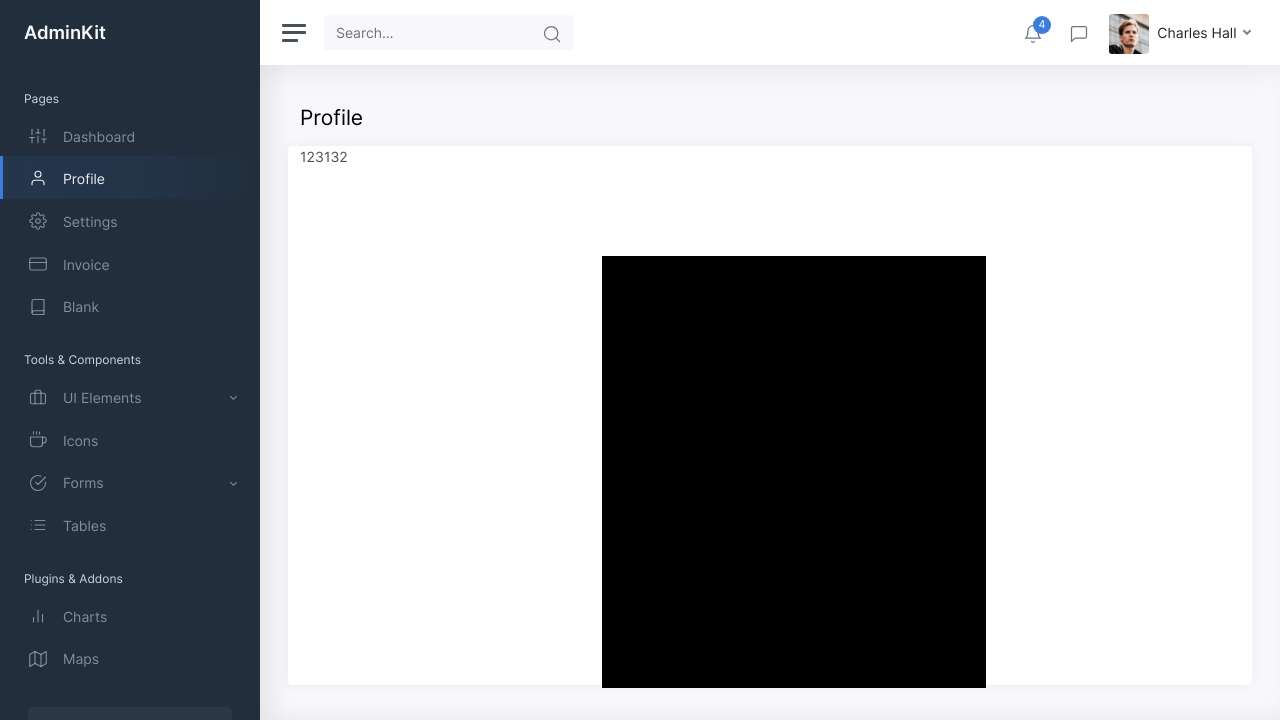
Repository: yuwei0922/WHURS-WGIS
Page: final_project/pages-profile.html
The author's editor kept a copy of each file at every save. The page is drawn from the files as they stood at one save, then again after the next save.
The browser window is 1280 px wide. The pictures show the whole page.

Above is the page before, as saved 2022-12-21 20:13:05.
Not found: final_project/js/vendor.js

### final_project/pages-profile.html
<!DOCTYPE html>
<html lang="en">

<head>
	<meta charset="utf-8">
	<meta http-equiv="X-UA-Compatible" content="IE=edge">
	<meta name="viewport" content="width=device-width, initial-scale=1, shrink-to-fit=no">
	<meta name="description" content="Responsive Web UI Kit &amp; Dashboard Template based on Bootstrap">
	<meta name="author" content="AdminKit">
	<meta name="keywords" content="adminkit, bootstrap, web ui kit, dashboard template, admin template">
	<link rel="shortcut icon" href="img/icons/icon-48x48.png" />
	<title>Profile</title>
	<link href="css/app.css" rel="stylesheet">
	<link rel="stylesheet" href="css/content.css">
</head>

<body>
	<div class="wrapper">
		<nav id="sidebar" class="sidebar">
			<div class="sidebar-content js-simplebar">
				<a class="sidebar-brand" href="index.html">
          <span class="align-middle">AdminKit</span>
        </a>

				<ul class="sidebar-nav">
					<li class="sidebar-header">
						Pages
					</li>

					<li class="sidebar-item">
						<a class="sidebar-link" href="index.html">
              <i class="align-middle" data-feather="sliders"></i> <span class="align-middle">Dashboard</span>
            </a>
					</li>

					<li class="sidebar-item active">
						<a class="sidebar-link" href="pages-profile.html">
              <i class="align-middle" data-feather="user"></i> <span class="align-middle">Profile</span>
            </a>
					</li>

					<li class="sidebar-item">
						<a class="sidebar-link" href="pages-settings.html">
              <i class="align-middle" data-feather="settings"></i> <span class="align-middle">Settings</span>
            </a>
					</li>

					<li class="sidebar-item">
						<a class="sidebar-link" href="pages-invoice.html">
              <i class="align-middle" data-feather="credit-card"></i> <span class="align-middle">Invoice</span>
            </a>
					</li>

					<li class="sidebar-item">
						<a class="sidebar-link" href="pages-blank.html">
              <i class="align-middle" data-feather="book"></i> <span class="align-middle">Blank</span>
            </a>
					</li>

					<li class="sidebar-header">
						Tools & Components
					</li>
					<li class="sidebar-item">
						<a href="#ui" data-toggle="collapse" class="sidebar-link collapsed">
              <i class="align-middle" data-feather="briefcase"></i> <span class="align-middle">UI Elements</span>
            </a>
						<ul id="ui" class="sidebar-dropdown list-unstyled collapse " data-parent="#sidebar">
							<li class="sidebar-item"><a class="sidebar-link" href="ui-alerts.html">Alerts</a></li>
							<li class="sidebar-item"><a class="sidebar-link" href="ui-buttons.html">Buttons</a></li>
							<li class="sidebar-item"><a class="sidebar-link" href="ui-cards.html">Cards</a></li>
							<li class="sidebar-item"><a class="sidebar-link" href="ui-general.html">General</a></li>
							<li class="sidebar-item"><a class="sidebar-link" href="ui-grid.html">Grid</a></li>
							<li class="sidebar-item"><a class="sidebar-link" href="ui-modals.html">Modals</a></li>
							<li class="sidebar-item"><a class="sidebar-link" href="ui-typography.html">Typography</a></li>
						</ul>
					</li>

					<li class="sidebar-item">
						<a class="sidebar-link" href="icons-feather.html">
              <i class="align-middle" data-feather="coffee"></i> <span class="align-middle">Icons</span>
            </a>
					</li>

					<li class="sidebar-item">
						<a href="#forms" data-toggle="collapse" class="sidebar-link collapsed">
              <i class="align-middle" data-feather="check-circle"></i> <span class="align-middle">Forms</span>
            </a>
						<ul id="forms" class="sidebar-dropdown list-unstyled collapse " data-parent="#sidebar">
							<li class="sidebar-item"><a class="sidebar-link" href="forms-layouts.html">Form Layouts</a></li>
							<li class="sidebar-item"><a class="sidebar-link" href="forms-basic-inputs.html">Basic Inputs</a></li>
						</ul>
					</li>

					<li class="sidebar-item">
						<a class="sidebar-link" href="tables-bootstrap.html">
              <i class="align-middle" data-feather="list"></i> <span class="align-middle">Tables</span>
            </a>
					</li>

					<li class="sidebar-header">
						Plugins & Addons
					</li>

					<li class="sidebar-item">
						<a class="sidebar-link" href="charts-chartjs.html">
              <i class="align-middle" data-feather="bar-chart-2"></i> <span class="align-middle">Charts</span>
            </a>
					</li>

					<li class="sidebar-item">
						<a class="sidebar-link" href="maps-google.html">
              <i class="align-middle" data-feather="map"></i> <span class="align-middle">Maps</span>
            </a>
					</li>
				</ul>

				<div class="sidebar-cta">
					<div class="sidebar-cta-content">
						<strong class="d-inline-block mb-2">Upgrade to Pro</strong>
						<div class="mb-3 text-sm">
							Are you looking for more components?
						</div>
						<a href="#" target="_blank" class="btn btn-outline-primary btn-block">Upgrade</a>
					</div>
				</div>
			</div>
		</nav>

		<div class="main">
			<nav class="navbar navbar-expand navbar-light navbar-bg">
				<a class="sidebar-toggle d-flex">
          <i class="hamburger align-self-center"></i>
        </a>

				<form class="form-inline d-none d-sm-inline-block">
					<div class="input-group input-group-navbar">
						<input type="text" class="form-control" placeholder="Search…" aria-label="Search">
						<div class="input-group-append">
							<button class="btn" type="button">
                <i class="align-middle" data-feather="search"></i>
              </button>
						</div>
					</div>
				</form>

				<div class="navbar-collapse collapse">
					<ul class="navbar-nav navbar-align">
						<li class="nav-item dropdown">
							<a class="nav-icon dropdown-toggle" href="#" id="alertsDropdown" data-toggle="dropdown">
								<div class="position-relative">
									<i class="align-middle" data-feather="bell"></i>
									<span class="indicator">4</span>
								</div>
							</a>
							<div class="dropdown-menu dropdown-menu-lg dropdown-menu-right py-0" aria-labelledby="alertsDropdown">
								<div class="dropdown-menu-header">
									4 New Notifications
								</div>
								<div class="list-group">
									<a href="#" class="list-group-item">
										<div class="row no-gutters align-items-center">
											<div class="col-2">
												<i class="text-danger" data-feather="alert-circle"></i>
											</div>
											<div class="col-10">
												<div class="text-dark">Update completed</div>
												<div class="text-muted small mt-1">Restart server 12 to complete the update.</div>
												<div class="text-muted small mt-1">30m ago</div>
											</div>
										</div>
									</a>
									<a href="#" class="list-group-item">
										<div class="row no-gutters align-items-center">
											<div class="col-2">
												<i class="text-warning" data-feather="bell"></i>
											</div>
											<div class="col-10">
												<div class="text-dark">Lorem ipsum</div>
												<div class="text-muted small mt-1">Aliquam ex eros, imperdiet vulputate hendrerit et.</div>
												<div class="text-muted small mt-1">2h ago</div>
											</div>
										</div>
									</a>
									<a href="#" class="list-group-item">
										<div class="row no-gutters align-items-center">
											<div class="col-2">
												<i class="text-primary" data-feather="home"></i>
											</div>
											<div class="col-10">
												<div class="text-dark">Login from 192.186.1.8</div>
												<div class="text-muted small mt-1">5h ago</div>
											</div>
										</div>
									</a>
									<a href="#" class="list-group-item">
										<div class="row no-gutters align-items-center">
											<div class="col-2">
												<i class="text-success" data-feather="user-plus"></i>
											</div>
											<div class="col-10">
												<div class="text-dark">New connection</div>
												<div class="text-muted small mt-1">Christina accepted your request.</div>
												<div class="text-muted small mt-1">14h ago</div>
											</div>
										</div>
									</a>
								</div>
								<div class="dropdown-menu-footer">
									<a href="#" class="text-muted">Show all notifications</a>
								</div>
							</div>
						</li>
						<li class="nav-item dropdown">
							<a class="nav-icon dropdown-toggle" href="#" id="messagesDropdown" data-toggle="dropdown">
								<div class="position-relative">
									<i class="align-middle" data-feather="message-square"></i>
								</div>
							</a>
							<div class="dropdown-menu dropdown-menu-lg dropdown-menu-right py-0" aria-labelledby="messagesDropdown">
								<div class="dropdown-menu-header">
									<div class="position-relative">
										4 New Messages
									</div>
								</div>
								<div class="list-group">
									<a href="#" class="list-group-item">
										<div class="row no-gutters align-items-center">
											<div class="col-2">
												<img src="img/avatars/avatar-5.jpg" class="avatar img-fluid rounded-circle" alt="Vanessa Tucker">
											</div>
											<div class="col-10 pl-2">
												<div class="text-dark">Vanessa Tucker</div>
												<div class="text-muted small mt-1">Nam pretium turpis et arcu. Duis arcu tortor.</div>
												<div class="text-muted small mt-1">15m ago</div>
											</div>
										</div>
									</a>
									<a href="#" class="list-group-item">
										<div class="row no-gutters align-items-center">
											<div class="col-2">
												<img src="img/avatars/avatar-2.jpg" class="avatar img-fluid rounded-circle" alt="William Harris">
											</div>
											<div class="col-10 pl-2">
												<div class="text-dark">William Harris</div>
												<div class="text-muted small mt-1">Curabitur ligula sapien euismod vitae.</div>
												<div class="text-muted small mt-1">2h ago</div>
											</div>
										</div>
									</a>
									<a href="#" class="list-group-item">
										<div class="row no-gutters align-items-center">
											<div class="col-2">
												<img src="img/avatars/avatar-4.jpg" class="avatar img-fluid rounded-circle" alt="Christina Mason">
											</div>
											<div class="col-10 pl-2">
												<div class="text-dark">Christina Mason</div>
												<div class="text-muted small mt-1">Pellentesque auctor neque nec urna.</div>
												<div class="text-muted small mt-1">4h ago</div>
											</div>
										</div>
									</a>
									<a href="#" class="list-group-item">
										<div class="row no-gutters align-items-center">
											<div class="col-2">
												<img src="img/avatars/avatar-3.jpg" class="avatar img-fluid rounded-circle" alt="Sharon Lessman">
											</div>
											<div class="col-10 pl-2">
												<div class="text-dark">Sharon Lessman</div>
												<div class="text-muted small mt-1">Aenean tellus metus, bibendum sed, posuere ac, mattis non.</div>
												<div class="text-muted small mt-1">5h ago</div>
											</div>
										</div>
									</a>
								</div>
								<div class="dropdown-menu-footer">
									<a href="#" class="text-muted">Show all messages</a>
								</div>
							</div>
						</li>
						<li class="nav-item dropdown">
							<a class="nav-icon dropdown-toggle d-inline-block d-sm-none" href="#" data-toggle="dropdown">
                <i class="align-middle" data-feather="settings"></i>
              </a>

							<a class="nav-link dropdown-toggle d-none d-sm-inline-block" href="#" data-toggle="dropdown">
                <img src="img/avatars/avatar.jpg" class="avatar img-fluid rounded mr-1" alt="Charles Hall" /> <span class="text-dark">Charles Hall</span>
              </a>
							<div class="dropdown-menu dropdown-menu-right">
								<a class="dropdown-item" href="pages-profile.html"><i class="align-middle mr-1" data-feather="user"></i> Profile</a>
								<a class="dropdown-item" href="#"><i class="align-middle mr-1" data-feather="pie-chart"></i> Analytics</a>
								<div class="dropdown-divider"></div>
								<a class="dropdown-item" href="pages-settings.html"><i class="align-middle mr-1" data-feather="settings"></i> Settings & Privacy</a>
								<a class="dropdown-item" href="#"><i class="align-middle mr-1" data-feather="help-circle"></i> Help Center</a>
								<div class="dropdown-divider"></div>
								<a class="dropdown-item" href="#">Log out</a>
							</div>
						</li>
					</ul>
				</div>
			</nav>

			<main class="content" style="position: relative;">
				<div class="container-fluid p-0 map-background">

					<h1 class="h3 mb-3">Profile</h1>

					<div class="row map-background">
						<div class="card col-12 mapcontent">123132</div>

					</div>
					</div>
				</div>
				<div class="select-contronller">
			</main>


	</div>

	<script src="js/vendor.js"></script>
	<script src="js/app.js"></script>

</body>

</html>

### final_project/css/content.css
.map-background{
    height:100%;
    position: relative;
}

.mapcontent{
    height: 90%;
}

.select-contronller{
    display: inline-block;
    position: absolute;
    margin: 20%;
    right: 3%;
    height: 60%;
    background-color: black;
    width: 30%;
}

Loaded but not shown: final_project/css/app.css (library); final_project/js/app.js (library)

After the next save:
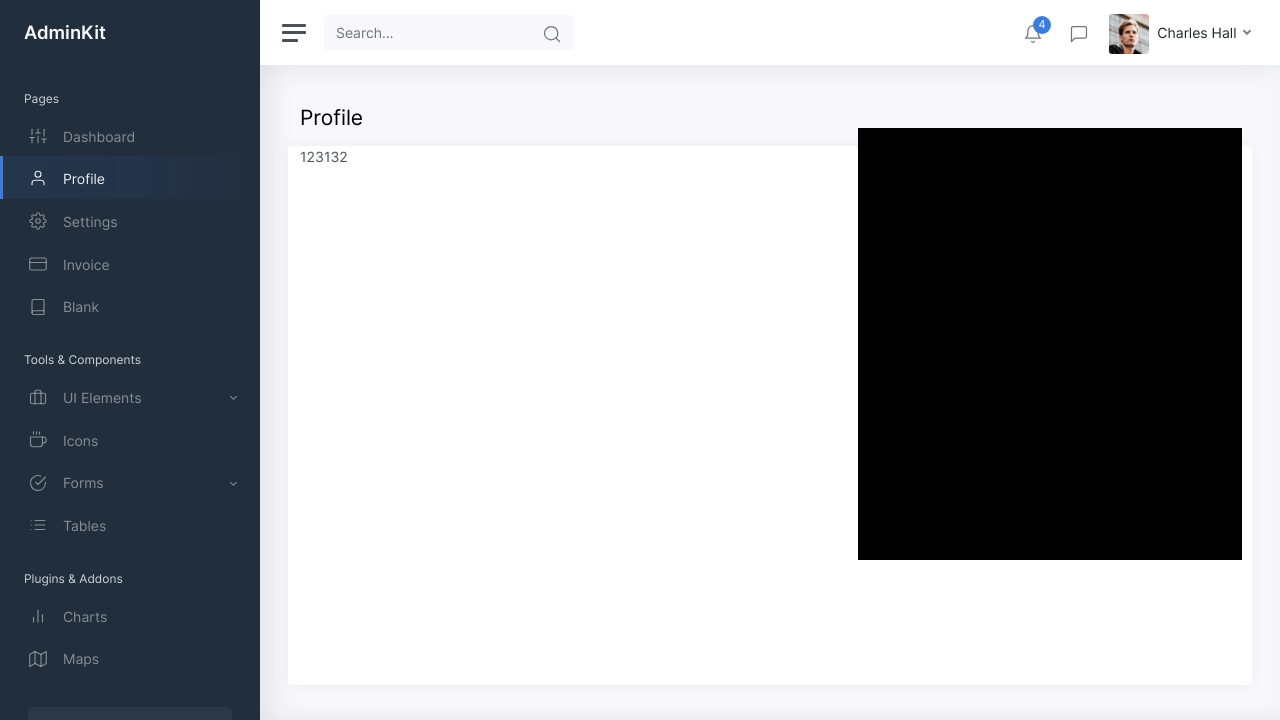
Saved 32 s later.
--- a/final_project/css/content.css
+++ b/final_project/css/content.css
@@ -10,7 +10,7 @@
 .select-contronller{
     display: inline-block;
     position: absolute;
-    margin: 20%;
+    margin: 10% 0;
     right: 3%;
     height: 60%;
     background-color: black;
